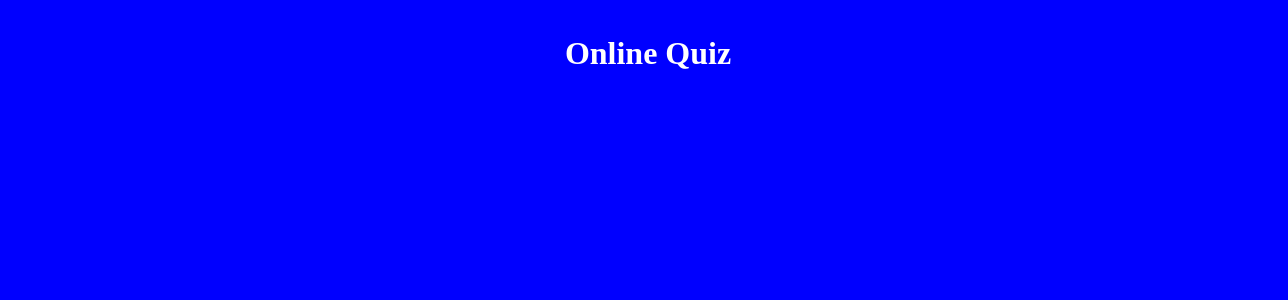
Repository: KaushikVeluruWorld/KaushikJava
Page: Online Quiz Tool/OnlineQuiz/WebContent/header.html
The author's editor kept a copy of each file at every save. The page is drawn from the files as they stood at one save, then again after the next save.
The browser window is 1280 px wide. The page is 1288 px wide, so the pictures cover 1288 px, including what lies to the right of the window. The pictures show the whole page.

Above is the page before, as saved 2014-12-22 10:06:21.

### Online Quiz Tool/OnlineQuiz/WebContent/header.html
<!DOCTYPE html>
<html>
<head>
<meta charset="ISO-8859-1">
<title>Header</title>
</head>
<body bgcolor="blue" style="height: 25%; width: 100%;">


<table>
<td></td>
</table>
<h1 style="text-align: center; color: white;"><b>Online Quiz</b></h1>

</body>
</html>

After the next save:
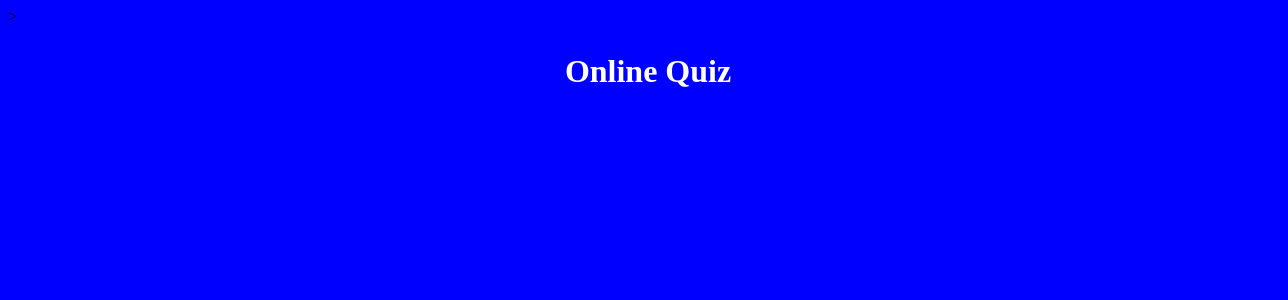
Saved 23 s later.
--- a/Online Quiz Tool/OnlineQuiz/WebContent/header.html
+++ b/Online Quiz Tool/OnlineQuiz/WebContent/header.html
@@ -8,7 +8,9 @@
 
 
 <table>
+<tr>
 <td></td>
+</tr>>
 </table>
 <h1 style="text-align: center; color: white;"><b>Online Quiz</b></h1>
 

After the save that followed:
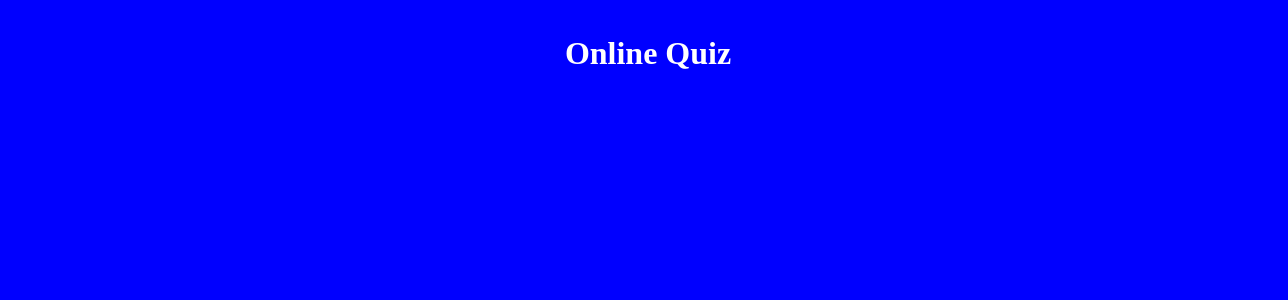
Saved 25 s later.
--- a/Online Quiz Tool/OnlineQuiz/WebContent/header.html
+++ b/Online Quiz Tool/OnlineQuiz/WebContent/header.html
@@ -10,7 +10,7 @@
 <table>
 <tr>
 <td></td>
-</tr>>
+</tr>
 </table>
 <h1 style="text-align: center; color: white;"><b>Online Quiz</b></h1>
 
